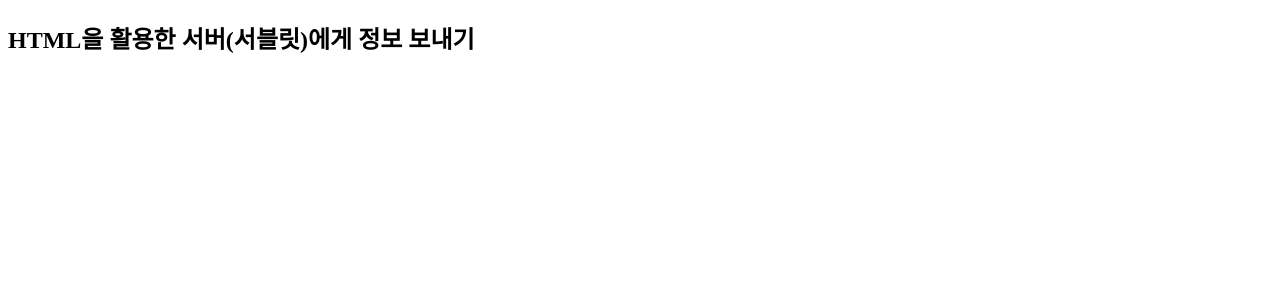
Repository: hagjun/jspstudy
Page: http://localhost/01_servlet/view/ex06.jsp
An editor plug-in stored every save of this project. The page is shown before and after the next save, followed by the edit.
The browser window is 1280 px wide. The pictures show the whole page.
The page is served by Tomcat 9.

Above is the page before, as saved 2024-03-04 07:07:14.

After the next save:
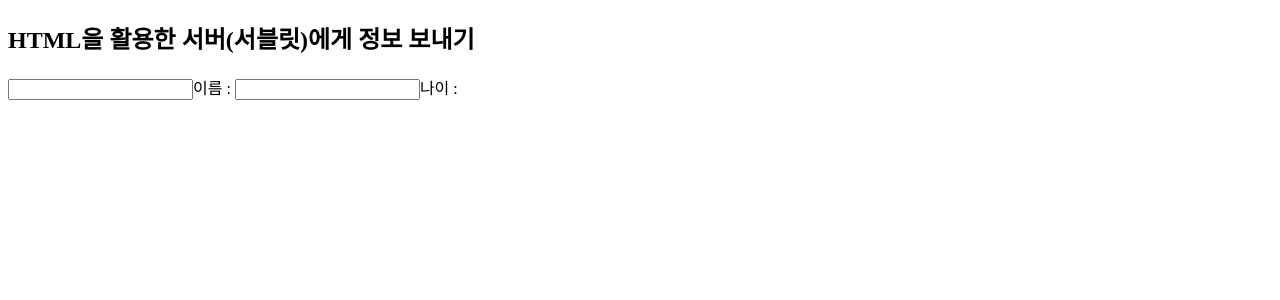
Saved 2 min 43 s later.
--- a/01_servlet/src/main/webapp/view/ex06.jsp
+++ b/01_servlet/src/main/webapp/view/ex06.jsp
@@ -8,6 +8,10 @@
 </head>
 <body>
 	<h2>HTML을 활용한 서버(서블릿)에게 정보 보내기</h2>
-	<form action="/01_servlet/Ex06" method="get"></form>
+	<form action="/01_servlet/Ex06" method="get">
+		<input>이름 :
+		<input>나이 :
+
+	</form>
 </body>
 </html>
